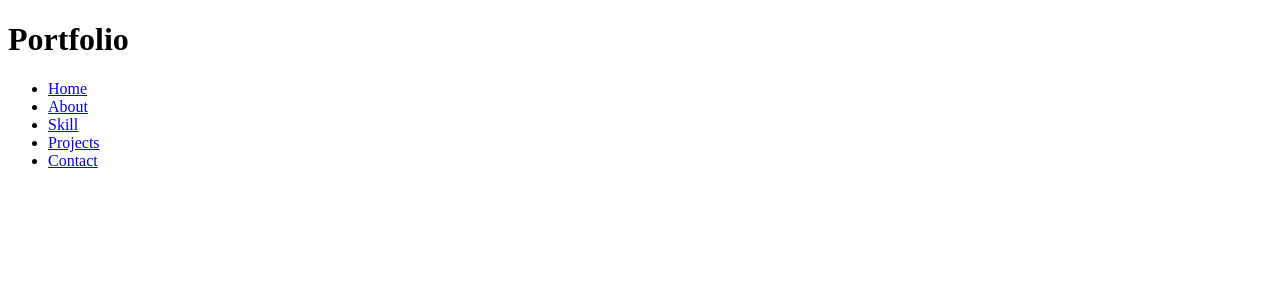
Repository: VickyJacob23/SheCode
Page: firstCode/firstProject.html
These files come from the project's save history. The page is drawn as it stood at one moment and after the next save; the edit follows.
The browser window is 1280 px wide. The pictures show the whole page.

Above is the page before, as saved 2024-08-30 13:07:26.

### firstCode/firstProject.html
<!DOCTYPE html>
<html lang="en">
  <head>
    <meta charset="UTF-8" />
    <meta name="viewport" content="width=device-width, initial-scale=1.0" />
    <title>Portfolio</title>
  </head>
  <body>
    <main>
      <header>
        <h1>Portfolio</h1>
        <nav>
          <ul>
            <li><a href="#">Home</a></li>
            <li><a href="#">About</a></li>
            <li><a href="#">Skill</a></li>
            <li><a href="#">Projects</a></li>
            <li><a href="#">Contact</a></li>
          </ul>
        </nav>
      </header>
      <div class="left"></div>
      <div class="right"></div>
    </main>
  </body>
</html>

After the next save:
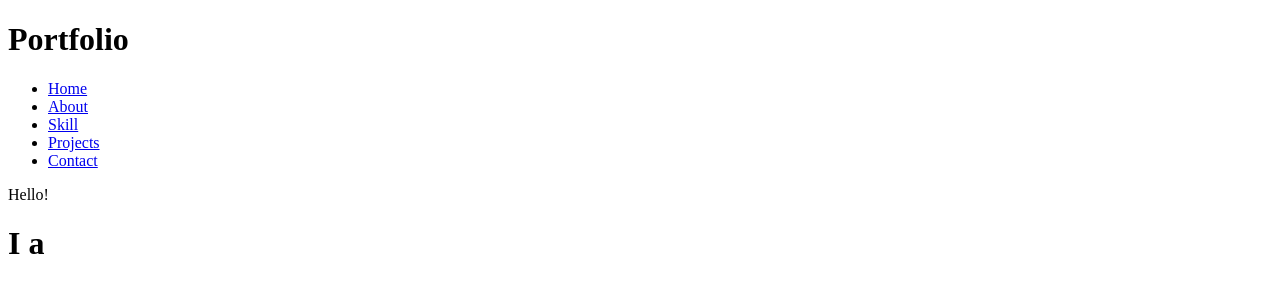
Saved 57 s later.
--- a/firstCode/firstProject.html
+++ b/firstCode/firstProject.html
@@ -19,7 +19,10 @@
           </ul>
         </nav>
       </header>
-      <div class="left"></div>
+      <div class="left">
+        <p>Hello!</p>
+        <h1>I a</h1>
+      </div>
       <div class="right"></div>
     </main>
   </body>
